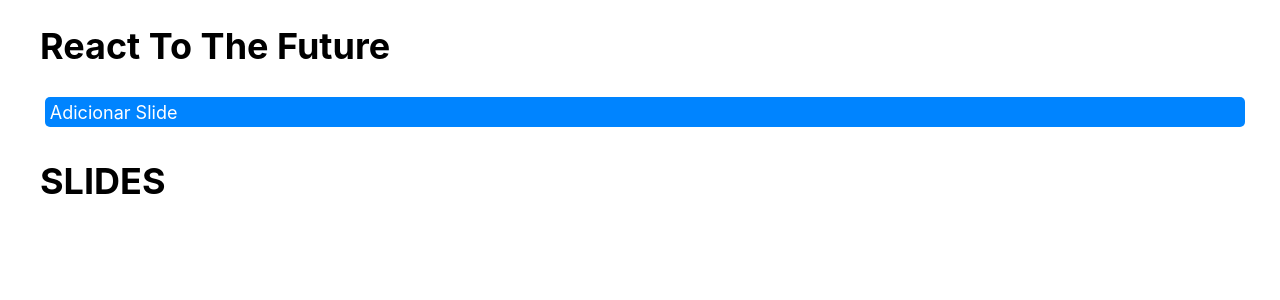
Repository: gotomarcelo/MERN
Page: / (app in cliente/)
These files come from the project's save history. The page is drawn as it stood at one moment and after the next save; the edit follows.
The browser window is 1280 px wide. The pictures show the whole page.
The page's requests for data from a server got no answer. The project was rebuilt for these pictures with package versions that can differ from the ones it lists, and the page was loaded fresh each time. No one was signed in, and anything a server would have sent is missing.

Above is the page before, as saved 2022-01-03 11:10:56.

### cliente/src/App.js
import React, { useState, useEffect } from "react";
import Axios from "axios";
import "./App.css";
import Colapsavel from "./Colapsavel";

function App() {
  const [tituloSlide, setTitulo] = useState("");
  const [conteudoSlide, setConteudo] = useState("");

  const [newTituloSlide, setNewTituloSlide] = useState("");
  const [newConteudoSlide, setNewConteudoSlide] = useState("");

  const [slideList, setSlideList] = useState([]);

  useEffect(() => {
    Axios.get("http://localhost:3001/read").then((response) =>
      setSlideList(response.data)
    );
  }, []);

  const addToList = () => {
    Axios.post("http://localhost:3001/insert", {
      tituloSlide: tituloSlide,
      conteudoSlide: conteudoSlide,
    });
    window.location.reload();
  };

  const updateSlide = (id) => {
    Axios.put("http://localhost:3001/update", {
      id: id,
      newTituloSlide: newTituloSlide,
      newConteudoSlide: newConteudoSlide,
    });
    window.location.reload();
  };

  const deleteSlide = (id) => {
    Axios.delete(`http://localhost:3001/delete/${id}`);
    window.location.reload();
  };

  return (
    <>
    <body>
        <h1>React To The Future</h1>
        <Colapsavel label="Adicionar Slide">
          <label>Título:</label>
          <input
            type="text"
            onChange={(event) => {
              setTitulo(event.target.value);
            } } />

          <label>Conteudo:</label>
          <input
            type="text"
            onChange={(event) => {
              setConteudo(event.target.value);
            } } />
          <button onClick={addToList}>Add To List</button>
        </Colapsavel>
        <h1>SLIDES</h1>
        {slideList.map((val, key) => {
          return (
            <Colapsavel label={val.tituloSlide} key={key}>
              <h1>{val.tituloSlide}</h1>
              <p>{val.conteudoSlide}</p>
              <input
                type="text"
                placeholder="Novo nome do título"
                onChange={(event) => {
                  setNewTituloSlide(event.target.value);
                } } />
              <input
                type="text"
                placeholder="Atualizar conteudo"
                onChange={(event) => {
                  setNewConteudoSlide(event.target.value);
                } } />
              <button onClick={() => updateSlide(val._id)}>Atualizar</button>
              <button onClick={() => deleteSlide(val._id)}>Deletar</button>
            </Colapsavel>
          );
        })}
      </body></>
  );
}

export default App;

### cliente/src/index.css
body {
    font-family: -apple-system, BlinkMacSystemFont, 'Segoe UI', Roboto, Oxygen,
     Ubuntu, Cantarell, 'Open Sans', 'Helvetica Neue', sans-serif;
}

### cliente/src/App.css
.App {
  text-align: center;
  display: flex;
  flex-direction: column;
  justify-content: center;
  align-items: center;
}

input, button {
  width: 200px;
  height: 30px;
  font-size: 20px;
  margin: 5px;

}

body {
  max-width: 1200px;
  font-size: 18px;
  padding: 0;
  margin: 0 auto !important;
}

### cliente/src/Colapsavel.js
import React, { useState, useRef } from "react";
import "./Colapsavel.css";

function Colapsavel(props) {
  const [isOpen, setIsOpen] = useState(false);

  const paiRef = useRef();

  return (
    <div className="colapsavel">
      <button className="toggle" onClick={() => setIsOpen(!isOpen)}>
        {props.label}
      </button>
      <div
      className="conteudo-pai"
      ref={paiRef}
      style={isOpen
        ?   {
            height: paiRef.current.scrollHeight + "px"
            }
        :   {
            height: "0px"
            }
      }
    >
        <div className="conteudo">{props.children}</div>
      </div>
    </div>
  );
}

export default Colapsavel;

### cliente/src/Colapsavel.css
.colapsavel .toggle {
  background: #0084ff;
  border: unset;
  cursor: pointer;
  font: unset;
  padding: 0.3rem;
  border-radius: 5px;
  color: #ffffff;
  margin-bottom: 0.5rem;
  width: 100%;
  text-align: left;
}

.colapsavel .conteudo {
    border: 1px solid #afafaf;
    padding: 0.5rem;
    border-radius: 5px;
    margin-bottom: 0.5rem;
}

.colapsavel .conteudo-pai {
    height: 0px;
    overflow: hidden;
    transition: height ease 0.3s;
}

Loaded but not shown: cliente/src/index.js (common file)

After the next save:
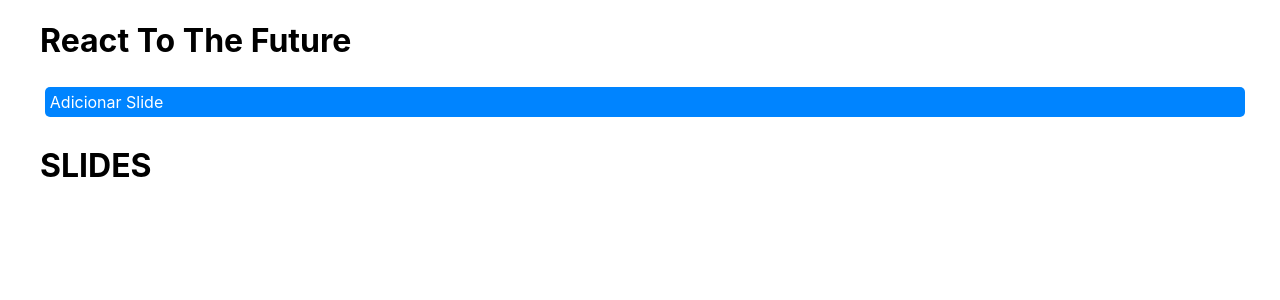
Saved 11 s later.
--- a/cliente/src/App.css
+++ b/cliente/src/App.css
@@ -16,7 +16,6 @@
 
 body {
   max-width: 1200px;
-  font-size: 18px;
   padding: 0;
   margin: 0 auto !important;
 }

After the save that followed:
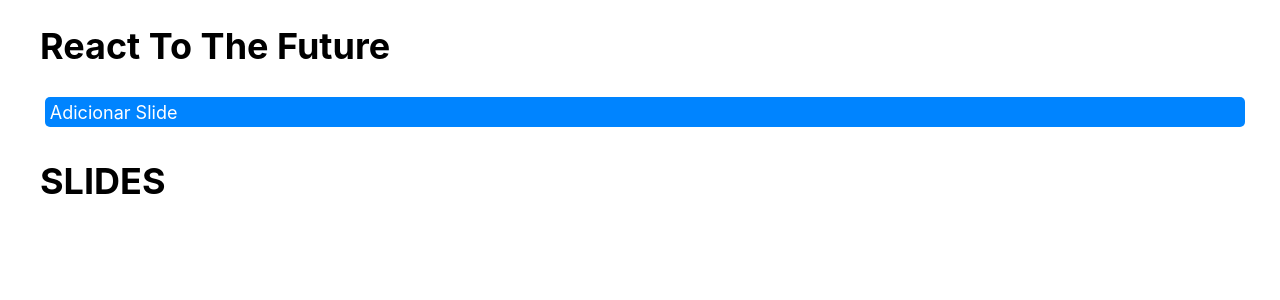
Saved 24 s later.
--- a/cliente/src/App.css
+++ b/cliente/src/App.css
@@ -16,6 +16,7 @@
 
 body {
   max-width: 1200px;
+  font-size: 18px;
   padding: 0;
   margin: 0 auto !important;
 }
